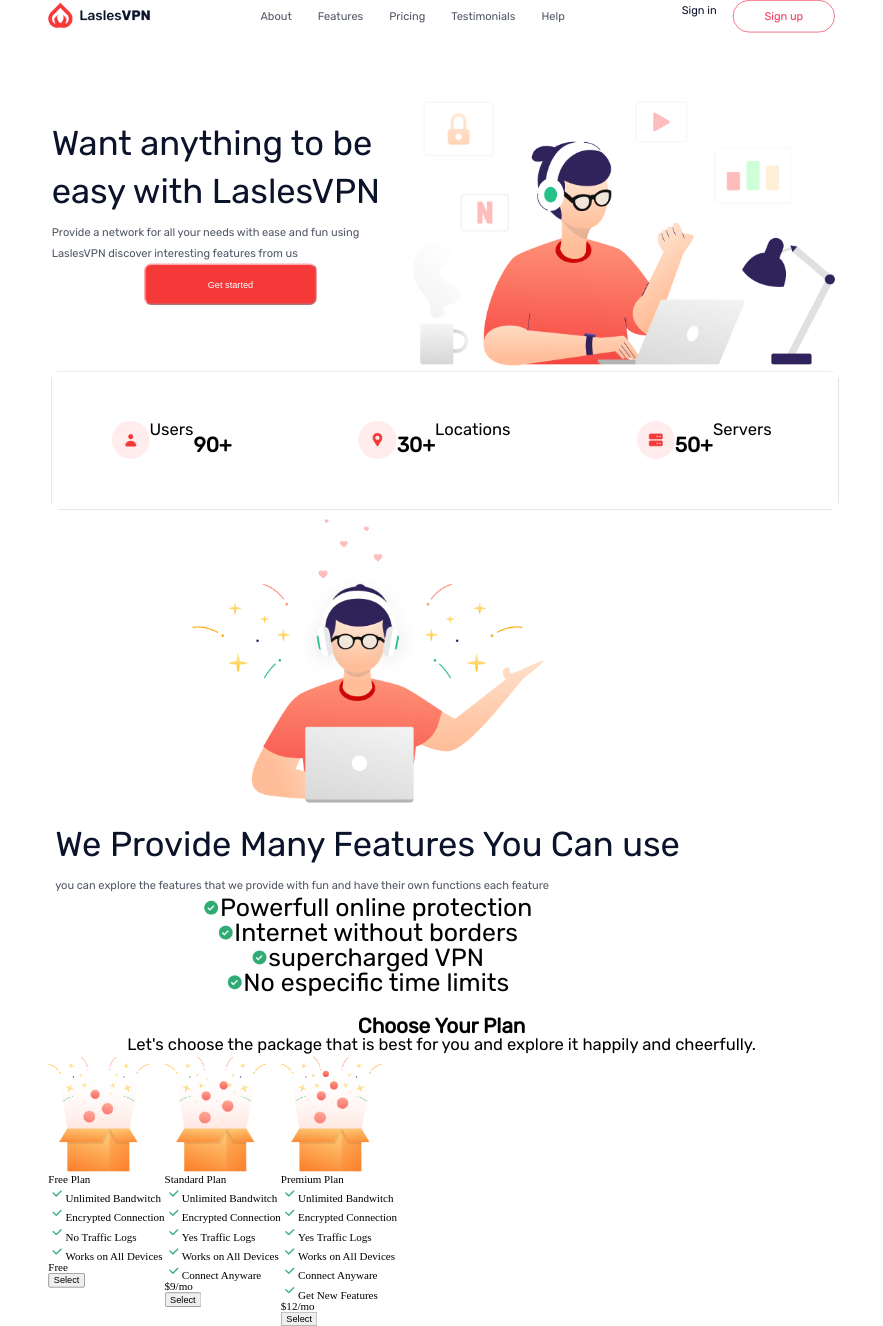
Repository: RaphaelMatheus-br/LP-251123
Page: index.html
An editor plug-in stored every save of this project. The page is shown before and after the next save, followed by the edit.
The browser window is 1280 px wide. The pictures show the whole page, at 69% of full size.

Above is the page before, as saved 2023-11-25 16:11:24.

### index.html
<!DOCTYPE html>
<html lang="en">

<head>
    <meta charset="UTF-8">
    <meta name="viewport" content="width=device-width, initial-scale=1.0">
    <title>Document</title>
    <link rel="stylesheet" href="style.css">
    <link rel="preconnect" href="https://fonts.googleapis.com">
<link rel="preconnect" href="https://fonts.gstatic.com" crossorigin>
<link href="https://fonts.googleapis.com/css2?family=Rubik&display=swap" rel="stylesheet">
</head>

<body>

<section class="container">
    <header class="header">
        <div class="logo">
            <img src="./imagens/Logo.png" alt="logo">
        </div>
        <div class="item1">
            <a href="#" class="item">About</a>
	        <a href="#" class="item">Features</a>
	        <a href="#" class="item">Pricing</a>
            <a href="#" class="item">Testimonials</a>
            <a href="#" class="item">Help</a>
        </div>
        <div class="item2">
            <div class="head__botao">
                <button class="botao1">Sign in</a>
            </div>
            <div class="head__botao--2">
                <button class="botao2">Sign up</a>
            </div>
        </div>
    </header>
</section>

<section class="container flex">
    <div class="box1">
        <div class="item">
            <h1 class="sobre__titulo">Want anything to be easy with LaslesVPN</h1>
            <p class="sobre__descricao">Provide a network for all your needs with ease and fun using LaslesVPN discover interesting features from us</p>
            <button class="sobre__botao">Get started</button>
        </div>
        <div class="img">
            <img src="./imagens/Illustration 1.png" alt="ilutracao__1">
        </div>
    </div>
</section>

<section class="container">
    <div class="item">
        <div class="rectangle">
            <div class="icons">
                <div class="user">
                    <img src="./imagens/user.png" alt="user__img">
                    <p class="p__user">Users</p>
                    <h1 class="sobre__user">90+</h1>
                </div>
                <div class="location">
                    <img src="./imagens/location.png" alt="location">
                    <h1 class="sobre__location">30+</h1>
                    <p class="p__location">Locations</p>
                </div>
                <div class="server">
                    <img src="./imagens/Server.png" alt="server">
                    <h1 class="sobre__server">50+</h1>
                    <p class="p__server">Servers</p>
                </div>
            </div>
        </div>
    </div>
</section>

<section class="container flex">
    <div class="box2">
            <div class="item">
            <div class="img">
                <img src="./imagens/Illustration 2.png" alt="ilutracao__2">
            </div>

            <div class="item">
                <h1 class="sobre__titulo">We Provide Many Features You Can use</h1>
                <p class="sobre__descricao">you can explore the features that we provide with fun and have their own functions each feature</p>
                <ul class="list">
                    <li><img src="./imagens/check.png" alt="check">Powerfull online protection</img></li>
                    <li><img src="./imagens/check.png" alt="check">Internet without borders</img></li>
                    <li><img src="./imagens/check.png" alt="check">supercharged VPN</img></li>
                    <li><img src="./imagens/check.png" alt="check">No especific time limits</img></li>
                </ul>
            </div>
        </div>
    </div>
</section>

<section class="container flex" class="sessao__tres">
    <div class="item">
        <div class="choose__plan">
            <h1>Choose Your Plan</h1>
            <p>Let's choose the package that is best for you and explore it happily and cheerfully.</p>
        </div>
    </div>
</section>

<section class="container">
    <div class="box3">
        <div class="free plan">
            <img src="./imagens/Free.png" alt="free">
            <h3>Free Plan</h3>
            <ul>
                <li><img src="./imagens/jam_check.png">Unlimited Bandwitch</li>
                <li><img src="./imagens/jam_check.png">Encrypted Connection</li>
                <li><img src="./imagens/jam_check.png">No Traffic Logs</li>
                <li><img src="./imagens/jam_check.png">Works on All Devices</li>
            </ul>
            <h2>Free</h2>
            <button class="price__botao">Select</button>
        </div>

        <div class="Standard plan">
            <img src="./imagens/Standard.png" alt="standard">
            <h3>Standard Plan</h3>
            <ul>
                <li><img src="./imagens/jam_check.png">Unlimited Bandwitch</li>
                <li><img src="./imagens/jam_check.png">Encrypted Connection</li>
                <li><img src="./imagens/jam_check.png">Yes Traffic Logs</li>
                <li><img src="./imagens/jam_check.png">Works on All Devices</li>
                <li><img src="./imagens/jam_check.png">Connect Anyware</li>
            </ul>
            <h2>$9/mo</h2>
            <button class="price__botao">Select</button>
        </div>

        <div class="Premium plan">
            <img src="./imagens/Premium.png" alt="premium">
            <h3>Premium Plan</h3>
            <ul>
                <li><img src="./imagens/jam_check.png">Unlimited Bandwitch</li>
                <li><img src="./imagens/jam_check.png">Encrypted Connection</li>
                <li><img src="./imagens/jam_check.png">Yes Traffic Logs</li>
                <li><img src="./imagens/jam_check.png">Works on All Devices</li>
                <li><img src="./imagens/jam_check.png">Connect Anyware</li>
                <li><img src="./imagens/jam_check.png">Get New Features</li>
            </ul>
            <h2>$12/mo</h2>
            <button class="price__botao">Select</button>
        </div>
    </div>
</section>

</body>
</html>

### style.css
html, body, div, span, applet, object, iframe,
h1, h2, h3, h4, h5, h6, p, blockquote, pre,
a, abbr, acronym, address, big, cite, code,
del, dfn, em, img, ins, kbd, q, s, samp,
small, strike, strong, sub, sup, tt, var,
b, u, i, center,
dl, dt, dd, ol, ul, li,
fieldset, form, label, legend,
table, caption, tbody, tfoot, thead, tr, th, td,
article, aside, canvas, details, embed,
figure, figcaption, footer, header, hgroup,
menu, nav, output, ruby, section, summary,
time, mark, audio, video {
	margin: 0;
	padding: 0;
	border: 0;
	font-size: 100%;
	font: inherit;
	vertical-align: baseline;
    background: white;
}
/* HTML5 display-role reset for older browsers */
article, aside, details, figcaption, figure,
footer, header, hgroup, menu, nav, section {
	display: block;
}
body {
	line-height: 1;
}

ol, ul {
	list-style: none;
}
blockquote, q {
	quotes: none;
}
blockquote:before, blockquote:after,
q:before, q:after {
	content: '';
	content: none;
}
table {
	border-collapse: collapse;
	border-spacing: 0;
}

.container {
    max-width: 1140px;
    margin: 0 auto;
    position: relative;
}

.header {
    display: flex;
    justify-content: space-between;
    align-items: center;
    width: 100%;
}
/* Flex Item */
.item {
	margin: 5px;
	text-align: center;
	font-size: 1.5em;
    font-family: Rubik;
}

.item1 {
    display:flex;
    align-items: center;
    justify-content: space-between;
    max-width: 451px;
    width: 100%;
}

.item1 a{
    color: #4F5665;
    font-family: Rubik;
    font-size: 16px;
    font-style: normal;
    font-weight: 400;
    line-height: normal;
    text-decoration: none;
}

.item2 {
display: flex;
justify-content: space-between;
max-width: 233px;
width: 100%;
}

.botao1 {
    color: #0B132A;
    font-family: Rubik;
    font-size: 16px;
    font-style: normal;
    font-weight: 500;
    line-height: normal;
    background-color: transparent;
    border: none;
}

.botao2{
    color: #F53855;
    font-family: Rubik;
    font-size: 16px;
    font-style: normal;
    font-weight: 500;
    line-height: normal;
    padding: 13px 45px;
    border-radius: 50px;
    border: 1px solid #F53855;
    background-color: transparent;
}

.head__botao {
    margin: 5px;
	text-align: center;
	font-size: 0.8em;
    font-weight: 700;
}

.head__botao a {
    color: #4F5665;
    font-family: Rubik;
    font-size: 16px;
    font-style: normal;
    font-weight: 400;
    line-height: normal;
    text-decoration: none;
}

h1 {
	text-align: center;
	margin: 20px 0 0 0;
	font-size: 1.25em;
	font-weight: 700;
}

.box1 {
    display: flex;
    margin-top: 100px;
}

.box2 {
    display: flex;
}

.sobre__titulo {
    font-weight: 700;
    color: #0B132A;
    font-family: Rubik;
    font-size: 50px;
    font-style: normal;
    font-weight: 500;
    line-height: 70px;
    text-align: left;
}

.sobre__descricao {
    color: #4F5665;
    font-family: Rubik;
    font-size: 16px;
    font-style: normal;
    font-weight: 400;
    line-height: 30px; /* 187.5% */
    text-align: left;
    margin-top: 10px;
}

.sobre__botao {
width: 250px;
height: 60px;
flex-shrink: 0;
border-radius: 10px;
border-color: rgba(255, 193, 193, 0.842);
background: #F53838;
color: white;
}

.rectangle {
display: flex;
width: 1140px;
height: 200px;
flex-shrink: 0;
border-radius: 10px;
background: gray;
border-color: white;
justify-content: space-between;
}

.icons {
width: 100%;
height: 100%;
flex-shrink: 0;
display: flex;
align-items: center;
position: absolute;
max-width: 100%;
justify-content: space-around;
background-color: none;
}

.user {
display: flex;;
margin-right: 20px;
margin-left: 10px;
}

.location {
display: flex;;
margin-right: 20px;
margin-left: 10px;
}

.server {
display: flex;;
margin-right: 20px;
margin-left: 10px;
}

.item__dois {
    flex-direction: row-reverse;
}

.sessao__tres{
    background-color: grey;
    align-content: center;
    padding-top: 50px;
}

.box3 {
    display: flex;
}

After the next save:
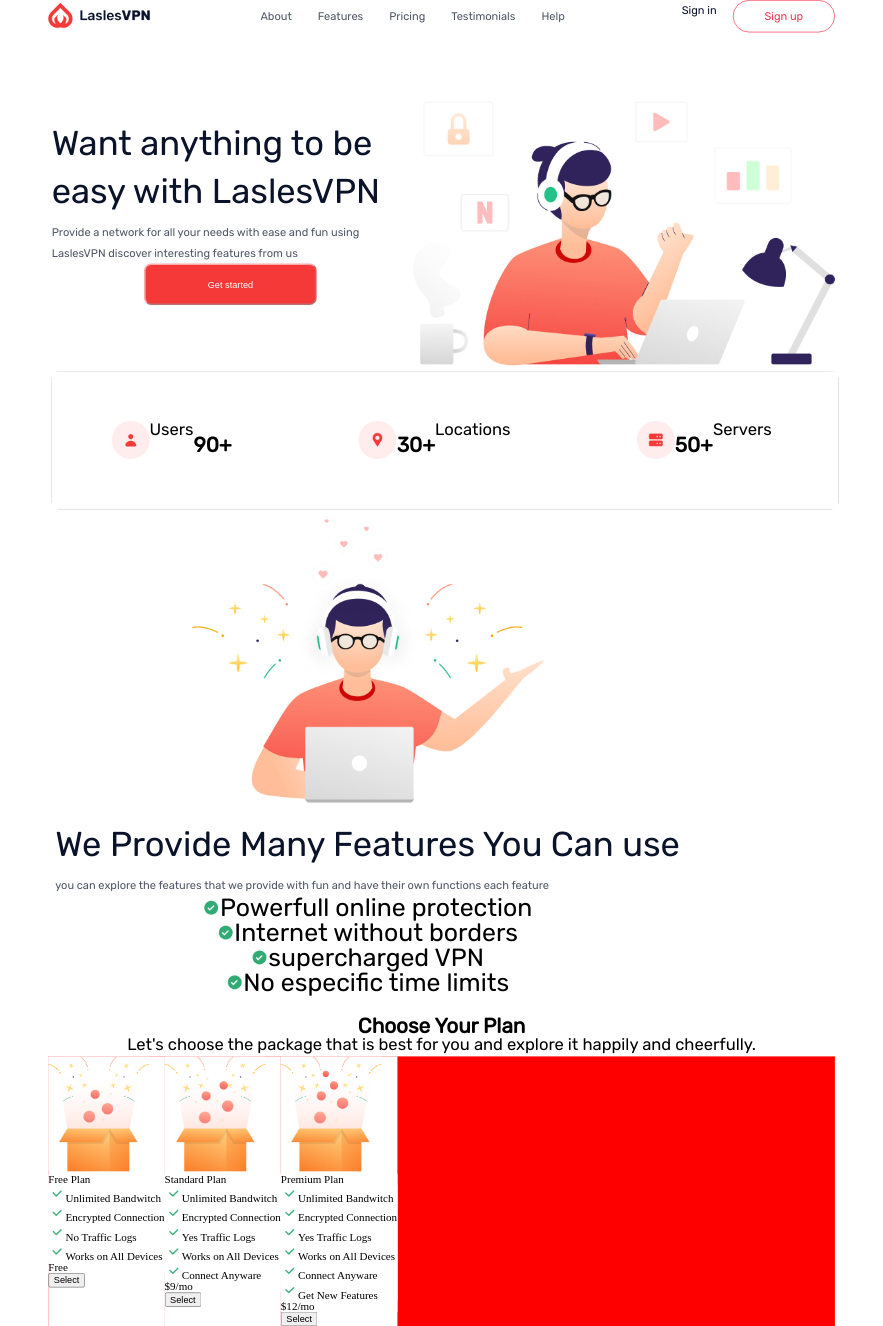
Saved 38 s later.
--- a/style.css
+++ b/style.css
@@ -231,4 +231,5 @@
 
 .box3 {
     display: flex;
-}
+    background-color: red;
+}
